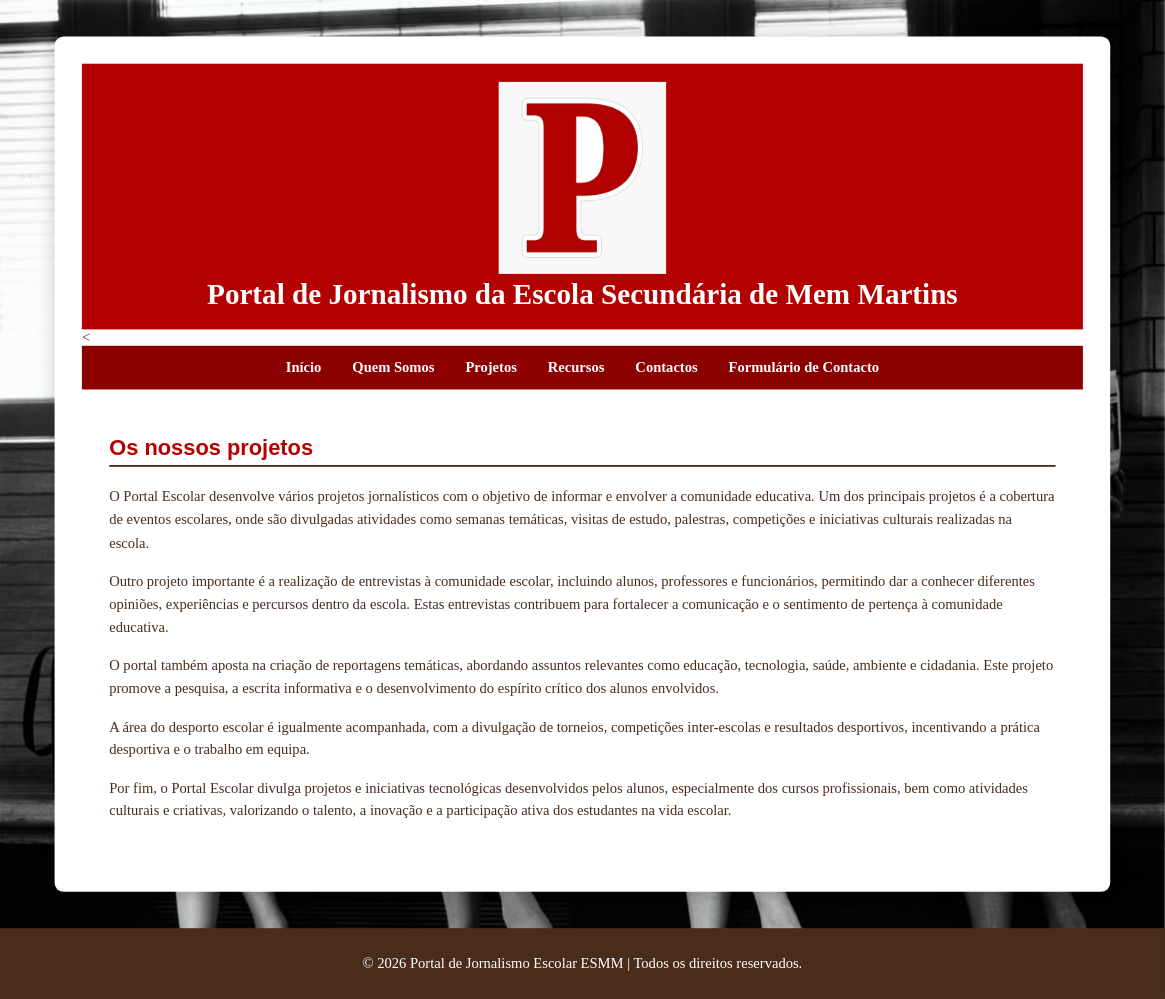
Repository: Sofiampsantos/Portal-de-Jornalismo-Escolar
Page: ProjetoProgV2/FormularioContacto/src/main/webapp/projetos.html
These files come from the project's save history. The page is drawn as it stood at one moment and after the next save; the edit follows.
The browser window is 1280 px wide. The pictures show the whole page, at 91% of full size.
Backgrounds fixed to the window are drawn as part of the page. Some web fonts or font styles are not loaded; a fallback is used.

Above is the page before, as saved 2026-05-23 19:10:58.
Console error: TypeError: Cannot set properties of null (setting 'innerText')

### ProjetoProgV2/FormularioContacto/src/main/webapp/projetos.html
<!DOCTYPE html>
<html>
<head>
<meta charset="UTF-8">
<title>Portal de Jornalismo Escolar - ESMM - Projetos</title>
<link rel="stylesheet" href="styles/estilo.css">
</head>
<body style="background-image: url('img/jornmulheres.jpg'); background-size: cover; background-repeat: no-repeat; background-attachment: fixed; background-position: center;">

 <div class="container">

        <!-- tudo do teu site aqui dentro -->

<body class="fundo-projetos">

<header id="topo">

<img alt="Fotografia do Portal de Jornalismo Escolar"
		 		src="img/logoP.jpg" style="width: 184px; height: 211px; ">

	<h1>Portal de Jornalismo da Escola Secundária de
	     Mem Martins</h1>
</header>

<<nav id="navegacao">
		<ul>
			<li><a href="index.html">Início</a></li>
			<li><a href="quem_somos.html">Quem Somos</a></li>
			<li><a href="projetos.html">Projetos</a></li>
			<li><a href="recursos.html">Recursos</a></li>
			<li><a href="contactos.html">Contactos</a></li>
			<li><a href="contato.jsp">Formulário de Contacto</a></li>
		</ul>
</nav>

<section id="conteudo">
	<h2>Os nossos projetos</h2>


		<p>O Portal Escolar desenvolve vários projetos jornalísticos com o
		objetivo de informar e envolver a comunidade educativa. Um dos principais
		projetos é a cobertura de eventos escolares, onde são divulgadas atividades
		como semanas temáticas, visitas de estudo, palestras, competições e iniciativas
		culturais realizadas na escola.</p>

		<p>Outro projeto importante é a realização de entrevistas à comunidade escolar,
		incluindo alunos, professores e funcionários, permitindo dar a conhecer diferentes
		opiniões, experiências e percursos dentro da escola. Estas entrevistas contribuem para
		fortalecer a comunicação e o sentimento de pertença à comunidade educativa.</p>

		<p>O portal também aposta na criação de reportagens temáticas, abordando assuntos relevantes
		como educação, tecnologia, saúde, ambiente e cidadania. Este projeto promove a pesquisa,
		a escrita informativa e o desenvolvimento do espírito crítico dos alunos envolvidos.</p>

		<p>A área do desporto escolar é igualmente acompanhada, com a divulgação de torneios, competições
		inter-escolas e resultados desportivos, incentivando a prática desportiva e o trabalho em equipa.</p>

		<p>Por fim, o Portal Escolar divulga projetos e iniciativas tecnológicas desenvolvidos pelos alunos,
		especialmente dos cursos profissionais, bem como atividades culturais e criativas, valorizando o
		talento, a inovação e a participação ativa dos estudantes na vida escolar.</p>

	</section>
	</div>

<footer id="rodape">
		<p>&copy; 2026 Portal de Jornalismo Escolar ESMM | Todos os direitos
			reservados.<p>
	</footer>

	<script src="scripts/script.js"></script>

</body>
</html>

### ProjetoProgV2/FormularioContacto/src/main/webapp/styles/estilo.css
@charset "UTF-8";
@import url('https://fonts.googleapis.com/css2?family=League+Spartan:wght@400;600;700&display=swap');


/* ===== ESTILO GERAL ===== */
body {
    margin: 0;
    padding: 0;
    font-family: "Times New Roman", Times, serif;
    color: #4a2c1a;
}

.container {
    max-width: 1100px;
    margin: 40px auto;
    background-color: white;
    padding: 30px;
    border-radius: 10px;
    box-shadow: 0 0 20px rgba(0,0,0,0.2);
}

/* ===== CABEÇALHO ===== */
#topo {
    background-color: #b30000;
    color: #ffffff;
    padding: 20px;
    text-align: center;
}

#topo h1 { margin: 0; }

/* ===== NAVEGAÇÃO ===== */
nav {
    display: flex;
    justify-content: center;
    background-color: #8B0000;
    padding: 15px 0;
}

nav ul {
    list-style: none;
    padding: 0;
    margin: 0;
}

nav ul li {
    display: inline;
    margin: 0 15px;
}

nav a {
    color: white;
    text-decoration: none;
    font-weight: bold;
}

nav a:hover {
    text-decoration: underline;
}

/* ===== CONTEÚDO E TÍTULOS ===== */
#conteudo { padding: 30px; animation: aparecer 2s ease-in; }

h2 {
    color: #b30000;
    border-bottom: 2px solid #4a2c1a;
    padding-bottom: 5px;
    font-family: 'League Spartan', Arial, sans-serif;
}

p { line-height: 1.6; }

/* ===== IMAGENS ===== */
/* Imagem do logo com classe específica */
.logo { width: 184px; height: 211px; }

/* Imagens do conteúdo */
section img {
    width: 240px;
    height: auto;
    margin: 5px;
}

/* ===== TABELA ===== */
table {
    width: 90%;
    margin: 20px auto;
    border-collapse: collapse;
}

th, td {
    padding: 10px;
    border: 1px solid #4a2c1a;
    text-align: center;
}

th { background-color: #b30000; color: #ffffff; }

/* CORREÇÃO MÁXIMA: Força os links de ordenação a ficarem brancos em qualquer estado */
th a,
th a:link,
th a:visited,
th a:active {
    color: #ffffff !important;
    text-decoration: none !important;
}

th a:hover {
    text-decoration: underline !important;
    color: #ffffff !important;
}

/* ===== FORMULÁRIO ===== */
form {
    max-width: 600px;
    margin: 40px auto;
    padding: 30px;
    border-top: 6px solid #8B0000;
    box-shadow: 0 4px 10px rgba(0, 0, 0, 0.1);
}

form input, form textarea, form select {
    width: 100%;
    padding: 10px;
    margin-top: 5px;
    border: 1px solid #c4a484;
}

/* ===== RODAPÉ ===== */
#rodape {
    background-color: #4a2c1a;
    color: #ffffff;
    text-align: center;
    padding: 10px;
    margin-top: 40px;
}

/* ===== ANIMAÇÕES ===== */
@keyframes aparecer {
    from { opacity: 0; }
    to { opacity: 1; }
}

.card { transition: transform 0.3s ease; }
.card:hover { transform: translateY(-5px); }

### ProjetoProgV2/FormularioContacto/src/main/webapp/scripts/script.js
function mostrarMensagem() {
	alert("Estás no Portal de Jornalismo Escolar!");
}

function confirmarPortal() {
	var resposta = confirm("Tens uma notícia ou sugestão?");
	var paragrafo = document.getElementById("resposta");

	if (paragrafo) {
		if(resposta) {
			paragrafo.innerHTML = "Obrigado por contribuir para o Portal Escolar.";
		} else {
			paragrafo.innerHTML = "Talvez noutra altura!";
		}
	} else {
		alert("Erro: element <p id= 'resposta'> não encontrado");
	}
}

function validarFormulario(){
	var nome = document.formulario.nome.value;

	if (nome == "") {
		alert("Por favor, preenche o campo Nome.")
		return false;
}
		alert("Formulário enviado com sucesso!");
		return true;
}

function pedirNome(){
	var nome = prompt("Qual é o teu nome?");

	if (nome != nul && nome != "") {
		documente.getElementById("boasvindas").innerHTML =
		"Olá, " + nome + "! Bem-vindo ao Portal Escolar.";
	}
}

document.addEventListener("DOMContentLoaded", function (){
	document.getElementById("mensagem").innerText=
	"Site carregado com sucesso!";

});

/**`
*
*/

After the next save:
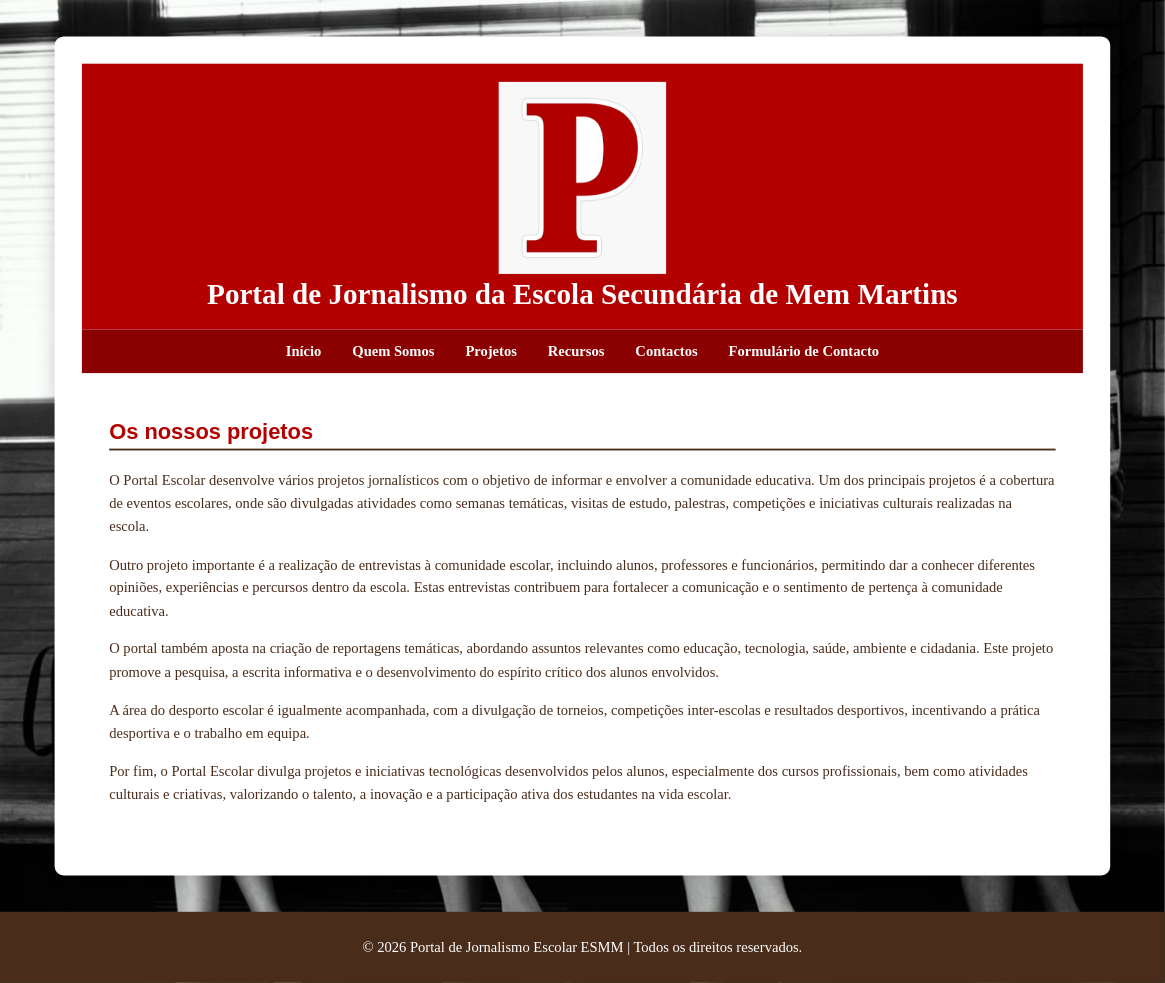
Saved 4 min 45 s later.
--- a/ProjetoProgV2/FormularioContacto/src/main/webapp/projetos.html
+++ b/ProjetoProgV2/FormularioContacto/src/main/webapp/projetos.html
@@ -9,10 +9,6 @@
 
  <div class="container">
 
-        <!-- tudo do teu site aqui dentro -->
-
-<body class="fundo-projetos">
-
 <header id="topo">
 
 <img alt="Fotografia do Portal de Jornalismo Escolar"
@@ -22,7 +18,7 @@
 	     Mem Martins</h1>
 </header>
 
-<<nav id="navegacao">
+<nav id="navegacao">
 		<ul>
 			<li><a href="index.html">Início</a></li>
 			<li><a href="quem_somos.html">Quem Somos</a></li>
@@ -64,7 +60,7 @@
 
 <footer id="rodape">
 		<p>&copy; 2026 Portal de Jornalismo Escolar ESMM | Todos os direitos
-			reservados.<p>
+			reservados.</p>
 	</footer>
 
 	<script src="scripts/script.js"></script>
